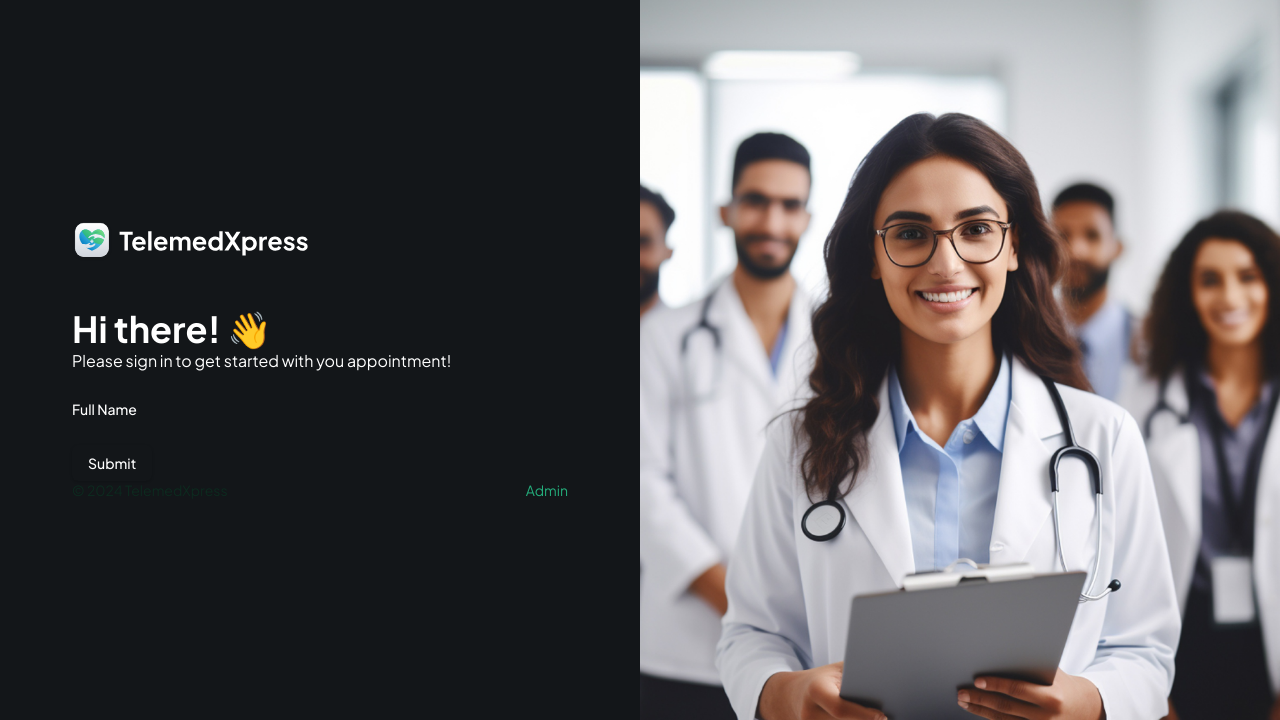
Repository: Carlito-Pedida/telemed
Page: /
The author's editor kept a copy of each file at every save. The page is drawn from the files as they stood at one save, then again after the next save.
The browser window is 1280 px wide. The pictures show the whole page.
The project was rebuilt for these pictures with package versions that can differ from the ones it lists, and the page was loaded fresh each time. The framework's server and built-in components were replaced by stand-ins that run in the browser. Also part of the build but not shown: next.config.mjs.

Above is the page before, as saved 2024-11-04 18:39:28.

### app/layout.tsx
import type { Metadata } from "next";
import { Plus_Jakarta_Sans } from "next/font/google";
import "./globals.css";
import { cn } from "@/lib/utils";
import { ThemeProvider } from "@/components/theme-provider";

const fontSans = Plus_Jakarta_Sans({
  subsets: ["latin"],
  weight: ["300", "400", "500", "600", "700"],
  variable: "--font-sans"
});

export const metadata: Metadata = {
  title: "TelemedXpress",
  description: "An Online Healthcare Resource"
};

export default function RootLayout({
  children
}: Readonly<{
  children: React.ReactNode;
}>) {
  return (
    <html lang="en">
      <body
        className={cn(
          "min-h-screen bg-dark-300 font-sans antialiased",
          fontSans.variable
        )}
      >
        <ThemeProvider
          attribute="class"
          defaultTheme="dark"
          enableSystem
          disableTransitionOnChange
        >
          {children}
        </ThemeProvider>
      </body>
    </html>
  );
}

### app/page.tsx
import PatientForm from "@/components/forms/PatientForm";
import Image from "next/image";
import Link from "next/link";

export default function Home() {
  return (
    <div className="flex h-screen max-h-screen">
      {/* {TODO: OTP Verification | PasskeyModal} */}
      <section className="remove-scrollbar container my-auto">
        <div className="sub-container max-w-[496px]">
          <Image
            src="/assets/icons/logo-full.svg"
            alt="patient"
            width={1000}
            height={1000}
            className="mb-12 h-10 w-fit"
          />

          <PatientForm />

          <div className="text-14-regular mt--20 flex justify-between">
            <p className="justify-items-end text-green-600 xl:text-left">
              © 2024 TelemedXpress
            </p>
            <Link href="/?admin=true" className="text-green-500">
              Admin
            </Link>
          </div>
        </div>
      </section>

      <Image
        src="/assets/images/onboarding-img.png"
        alt="patient"
        width={1000}
        height={1000}
        className="side-img max-w-[50%]"
      />
    </div>
  );
}

### lib/utils.ts
import { type ClassValue, clsx } from "clsx";
import { twMerge } from "tailwind-merge";

export function cn(...inputs: ClassValue[]) {
  return twMerge(clsx(inputs));
}

export const parseStringify = (value: any) => JSON.parse(JSON.stringify(value));

export const convertFileToUrl = (file: File) => URL.createObjectURL(file);

// FORMAT DATE TIME
export const formatDateTime = (dateString: Date | string) => {
  const dateTimeOptions: Intl.DateTimeFormatOptions = {
    // weekday: "short", // abbreviated weekday name (e.g., 'Mon')
    month: "short", // abbreviated month name (e.g., 'Oct')
    day: "numeric", // numeric day of the month (e.g., '25')
    year: "numeric", // numeric year (e.g., '2023')
    hour: "numeric", // numeric hour (e.g., '8')
    minute: "numeric", // numeric minute (e.g., '30')
    hour12: true // use 12-hour clock (true) or 24-hour clock (false)
  };

  const dateDayOptions: Intl.DateTimeFormatOptions = {
    weekday: "short", // abbreviated weekday name (e.g., 'Mon')
    year: "numeric", // numeric year (e.g., '2023')
    month: "2-digit", // abbreviated month name (e.g., 'Oct')
    day: "2-digit" // numeric day of the month (e.g., '25')
  };

  const dateOptions: Intl.DateTimeFormatOptions = {
    month: "short", // abbreviated month name (e.g., 'Oct')
    year: "numeric", // numeric year (e.g., '2023')
    day: "numeric" // numeric day of the month (e.g., '25')
  };

  const timeOptions: Intl.DateTimeFormatOptions = {
    hour: "numeric", // numeric hour (e.g., '8')
    minute: "numeric", // numeric minute (e.g., '30')
    hour12: true // use 12-hour clock (true) or 24-hour clock (false)
  };

  const formattedDateTime: string = new Date(dateString).toLocaleString(
    "en-US",
    dateTimeOptions
  );

  const formattedDateDay: string = new Date(dateString).toLocaleString(
    "en-US",
    dateDayOptions
  );

  const formattedDate: string = new Date(dateString).toLocaleString(
    "en-US",
    dateOptions
  );

  const formattedTime: string = new Date(dateString).toLocaleString(
    "en-US",
    timeOptions
  );

  return {
    dateTime: formattedDateTime,
    dateDay: formattedDateDay,
    dateOnly: formattedDate,
    timeOnly: formattedTime
  };
};

export function encryptKey(passkey: string) {
  return btoa(passkey);
}

export function decryptKey(passkey: string) {
  return atob(passkey);
}

### components/forms/PatientForm.tsx
"use client";

import { zodResolver } from "@hookform/resolvers/zod";
import { useForm } from "react-hook-form";
import { z } from "zod";

import { Button } from "@/components/ui/button";
import { Form } from "@/components/ui/form";
import CustomFormField from "../CustomformField";

export enum FormFieldType {
  INPUT = "input",
  TEXTAREA = "textarea",
  PHONE_INPUT = "phoneInput",
  CHECKBOX = "checkbox",
  DATE_PICKER = "datePicker",
  SELECT = "select",
  SKELETON = "skeleton"
}
const formSchema = z.object({
  username: z.string().min(2).max(50)
});

const PatientForm = () => {
  // 1. Define your form.
  const form = useForm<z.infer<typeof formSchema>>({
    resolver: zodResolver(formSchema),
    defaultValues: {
      username: ""
    }
  });

  // 2. Define a submit handler.
  function onSubmit(values: z.infer<typeof formSchema>) {
    // Do something with the form values.
    // ✅ This will be type-safe and validated.
    console.log(values);
  }
  return (
    <div>
      <Form {...form}>
        <form
          onSubmit={form.handleSubmit(onSubmit)}
          className="space-y-6 flex-1"
        >
          <section>
            <h1 className="header">Hi there! 👋 </h1>
            <p>Please sign in to get started with you appointment!</p>
          </section>

          <CustomFormField
            fieldType={FormFieldType.INPUT}
            control={form.control}
            name="name"
            label="Full Name"
            placeholder="john Doe"
            iconSrc="/assets/icons/user.svg"
            iconAlt="User"
          />

          <Button type="submit">Submit</Button>
        </form>
      </Form>
    </div>
  );
};

export default PatientForm;

### components/ui/button.tsx
import * as React from "react"
import { Slot } from "@radix-ui/react-slot"
import { cva, type VariantProps } from "class-variance-authority"

import { cn } from "@/lib/utils"

const buttonVariants = cva(
  "inline-flex items-center justify-center gap-2 whitespace-nowrap rounded-md text-sm font-medium ring-offset-background transition-colors focus-visible:outline-none focus-visible:ring-2 focus-visible:ring-ring focus-visible:ring-offset-2 disabled:pointer-events-none disabled:opacity-50 [&_svg]:pointer-events-none [&_svg]:size-4 [&_svg]:shrink-0",
  {
    variants: {
      variant: {
        default:
          "bg-primary text-primary-foreground shadow hover:bg-primary/90",
        destructive:
          "bg-destructive text-destructive-foreground shadow-sm hover:bg-destructive/90",
        outline:
          "border border-input bg-background shadow-sm hover:bg-accent hover:text-accent-foreground",
        secondary:
          "bg-secondary text-secondary-foreground shadow-sm hover:bg-secondary/80",
        ghost: "hover:bg-accent hover:text-accent-foreground",
        link: "text-primary underline-offset-4 hover:underline",
      },
      size: {
        default: "h-9 px-4 py-2",
        sm: "h-8 rounded-md px-3 text-xs",
        lg: "h-10 rounded-md px-8",
        icon: "h-9 w-9",
      },
    },
    defaultVariants: {
      variant: "default",
      size: "default",
    },
  }
)

export interface ButtonProps
  extends React.ButtonHTMLAttributes<HTMLButtonElement>,
    VariantProps<typeof buttonVariants> {
  asChild?: boolean
}

const Button = React.forwardRef<HTMLButtonElement, ButtonProps>(
  ({ className, variant, size, asChild = false, ...props }, ref) => {
    const Comp = asChild ? Slot : "button"
    return (
      <Comp
        className={cn(buttonVariants({ variant, size, className }))}
        ref={ref}
        {...props}
      />
    )
  }
)
Button.displayName = "Button"

export { Button, buttonVariants }

### components/ui/form.tsx
"use client"

import * as React from "react"
import * as LabelPrimitive from "@radix-ui/react-label"
import { Slot } from "@radix-ui/react-slot"
import {
  Controller,
  ControllerProps,
  FieldPath,
  FieldValues,
  FormProvider,
  useFormContext,
} from "react-hook-form"

import { cn } from "@/lib/utils"
import { Label } from "@/components/ui/label"

const Form = FormProvider

type FormFieldContextValue<
  TFieldValues extends FieldValues = FieldValues,
  TName extends FieldPath<TFieldValues> = FieldPath<TFieldValues>
> = {
  name: TName
}

const FormFieldContext = React.createContext<FormFieldContextValue>(
  {} as FormFieldContextValue
)

const FormField = <
  TFieldValues extends FieldValues = FieldValues,
  TName extends FieldPath<TFieldValues> = FieldPath<TFieldValues>
>({
  ...props
}: ControllerProps<TFieldValues, TName>) => {
  return (
    <FormFieldContext.Provider value={{ name: props.name }}>
      <Controller {...props} />
    </FormFieldContext.Provider>
  )
}

const useFormField = () => {
  const fieldContext = React.useContext(FormFieldContext)
  const itemContext = React.useContext(FormItemContext)
  const { getFieldState, formState } = useFormContext()

  const fieldState = getFieldState(fieldContext.name, formState)

  if (!fieldContext) {
    throw new Error("useFormField should be used within <FormField>")
  }

  const { id } = itemContext

  return {
    id,
    name: fieldContext.name,
    formItemId: `${id}-form-item`,
    formDescriptionId: `${id}-form-item-description`,
    formMessageId: `${id}-form-item-message`,
    ...fieldState,
  }
}

type FormItemContextValue = {
  id: string
}

const FormItemContext = React.createContext<FormItemContextValue>(
  {} as FormItemContextValue
)

const FormItem = React.forwardRef<
  HTMLDivElement,
  React.HTMLAttributes<HTMLDivElement>
>(({ className, ...props }, ref) => {
  const id = React.useId()

  return (
    <FormItemContext.Provider value={{ id }}>
      <div ref={ref} className={cn("space-y-2", className)} {...props} />
    </FormItemContext.Provider>
  )
})
FormItem.displayName = "FormItem"

const FormLabel = React.forwardRef<
  React.ElementRef<typeof LabelPrimitive.Root>,
  React.ComponentPropsWithoutRef<typeof LabelPrimitive.Root>
>(({ className, ...props }, ref) => {
  const { error, formItemId } = useFormField()

  return (
    <Label
      ref={ref}
      className={cn(error && "text-destructive", className)}
      htmlFor={formItemId}
      {...props}
    />
  )
})
FormLabel.displayName = "FormLabel"

const FormControl = React.forwardRef<
  React.ElementRef<typeof Slot>,
  React.ComponentPropsWithoutRef<typeof Slot>
>(({ ...props }, ref) => {
  const { error, formItemId, formDescriptionId, formMessageId } = useFormField()

  return (
    <Slot
      ref={ref}
      id={formItemId}
      aria-describedby={
        !error
          ? `${formDescriptionId}`
          : `${formDescriptionId} ${formMessageId}`
      }
      aria-invalid={!!error}
      {...props}
    />
  )
})
FormControl.displayName = "FormControl"

const FormDescription = React.forwardRef<
  HTMLParagraphElement,
  React.HTMLAttributes<HTMLParagraphElement>
>(({ className, ...props }, ref) => {
  const { formDescriptionId } = useFormField()

  return (
    <p
      ref={ref}
      id={formDescriptionId}
      className={cn("text-[0.8rem] text-muted-foreground", className)}
      {...props}
    />
  )
})
FormDescription.displayName = "FormDescription"

const FormMessage = React.forwardRef<
  HTMLParagraphElement,
  React.HTMLAttributes<HTMLParagraphElement>
>(({ className, children, ...props }, ref) => {
  const { error, formMessageId } = useFormField()
  const body = error ? String(error?.message) : children

  if (!body) {
    return null
  }

  return (
    <p
      ref={ref}
      id={formMessageId}
      className={cn("text-[0.8rem] font-medium text-destructive", className)}
      {...props}
    >
      {body}
    </p>
  )
})
FormMessage.displayName = "FormMessage"

export {
  useFormField,
  Form,
  FormItem,
  FormLabel,
  FormControl,
  FormDescription,
  FormMessage,
  FormField,
}

### components/CustomformField.tsx
"use client";
import {
  Form,
  FormControl,
  FormDescription,
  FormField,
  FormItem,
  FormLabel,
  FormMessage
} from "@/components/ui/form";
import { Input } from "@/components/ui/input";
import { Control } from "react-hook-form";
import { FormFieldType } from "./forms/PatientForm";

interface CustomProps {
  control: Control<any>;
  fieldType: FormFieldType;
  name: string;
  label?: string;
  placeholder?: string;
  iconSrc?: string;
  iconAlt?: string;
  disabled?: boolean;
  dateFormat?: string;
  showTimeSelect?: boolean;
  children?: React.ReactNode;
  renderSkeleton?: (field: any) => React.ReactNode;
}

const RenderInput = () => {
  return <Input type="text" placeholder="John Doe" />;
};

const CustomFormField = ({ control, fieldType, name, label }: CustomProps) => {
  return (
    <FormField
      control={control}
      name="username"
      render={({ field }) => (
        <FormItem className="flex-1">
          {fieldType !== FormFieldType.CHECKBOX && label && (
            <FormLabel>{label}</FormLabel>
          )}
        </FormItem>
      )}
    />
  );
};

export default CustomFormField;

### components/ui/label.tsx
"use client"

import * as React from "react"
import * as LabelPrimitive from "@radix-ui/react-label"
import { cva, type VariantProps } from "class-variance-authority"

import { cn } from "@/lib/utils"

const labelVariants = cva(
  "text-sm font-medium leading-none peer-disabled:cursor-not-allowed peer-disabled:opacity-70"
)

const Label = React.forwardRef<
  React.ElementRef<typeof LabelPrimitive.Root>,
  React.ComponentPropsWithoutRef<typeof LabelPrimitive.Root> &
    VariantProps<typeof labelVariants>
>(({ className, ...props }, ref) => (
  <LabelPrimitive.Root
    ref={ref}
    className={cn(labelVariants(), className)}
    {...props}
  />
))
Label.displayName = LabelPrimitive.Root.displayName

export { Label }

### tailwind.config.ts
import type { Config } from "tailwindcss";

const { fontFamily } = require("tailwindcss/defaultTheme");

const config = {
  darkMode: ["class"],
  content: [
    "./pages/**/*.{ts,tsx}",
    "./components/**/*.{ts,tsx}",
    "./app/**/*.{ts,tsx}",
    "./src/**/*.{ts,tsx}"
  ],
  prefix: "",
  theme: {
    container: {
      center: true,
      padding: "2rem",
      screens: {
        "2xl": "1400px"
      }
    },
    extend: {
      colors: {
        green: {
          500: "#24AE7C",
          600: "#0D2A1F"
        },
        blue: {
          500: "#79B5EC",
          600: "#152432"
        },
        red: {
          500: "#F37877",
          600: "#3E1716",
          700: "#F24E43"
        },
        light: {
          200: "#E8E9E9"
        },
        dark: {
          200: "#0D0F10",
          300: "#131619",
          400: "#1A1D21",
          500: "#363A3D",
          600: "#76828D",
          700: "#ABB8C4"
        }
      },
      fontFamily: {
        sans: ["var(--font-sans)", ...fontFamily.sans]
      },
      backgroundImage: {
        appointments: "url('/assets/images/appointments-bg.png')",
        pending: "url('/assets/images/pending-bg.png')",
        cancelled: "url('/assets/images/cancelled-bg.png')"
      },
      keyframes: {
        "accordion-down": {
          from: { height: "0" },
          to: { height: "var(--radix-accordion-content-height)" }
        },
        "accordion-up": {
          from: { height: "var(--radix-accordion-content-height)" },
          to: { height: "0" }
        },
        "caret-blink": {
          "0%,70%,100%": { opacity: "1" },
          "20%,50%": { opacity: "0" }
        }
      },
      animation: {
        "accordion-down": "accordion-down 0.2s ease-out",
        "accordion-up": "accordion-up 0.2s ease-out",
        "caret-blink": "caret-blink 1.25s ease-out infinite"
      }
    }
  },
  plugins: [require("tailwindcss-animate")]
} satisfies Config;

export default config;

### components/ui/input.tsx
import * as React from "react"

import { cn } from "@/lib/utils"

export interface InputProps
  extends React.InputHTMLAttributes<HTMLInputElement> {}

const Input = React.forwardRef<HTMLInputElement, InputProps>(
  ({ className, type, ...props }, ref) => {
    return (
      <input
        type={type}
        className={cn(
          "flex h-9 w-full rounded-md border border-input bg-transparent px-3 py-1 text-sm shadow-sm transition-colors file:border-0 file:bg-transparent file:text-sm file:font-medium file:text-foreground placeholder:text-muted-foreground focus-visible:outline-none focus-visible:ring-1 focus-visible:ring-ring disabled:cursor-not-allowed disabled:opacity-50",
          className
        )}
        ref={ref}
        {...props}
      />
    )
  }
)
Input.displayName = "Input"

export { Input }

Loaded but not shown: app/globals.css (common file); components/theme-provider.tsx (common file)

After the next save:
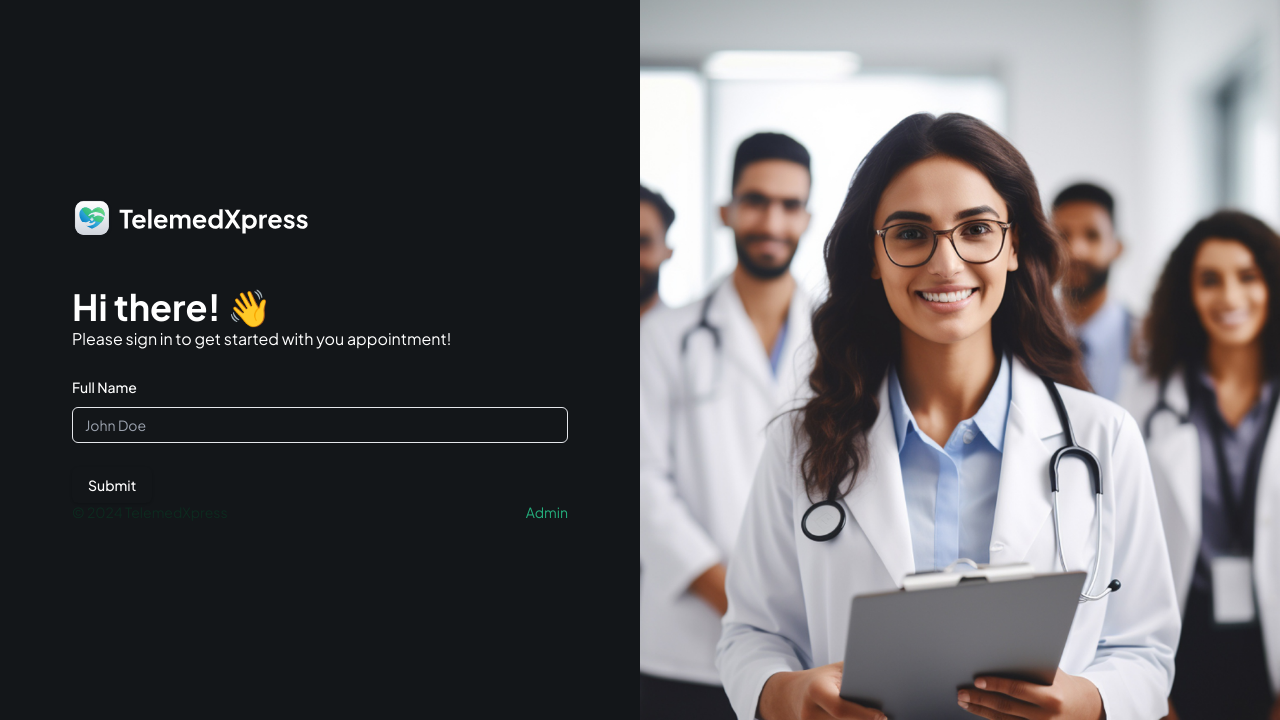
Saved 2 min 7 s later.
--- a/components/CustomformField.tsx
+++ b/components/CustomformField.tsx
@@ -27,11 +27,12 @@ interface CustomProps {
   renderSkeleton?: (field: any) => React.ReactNode;
 }
 
-const RenderInput = () => {
+const RenderField = () => {
   return <Input type="text" placeholder="John Doe" />;
 };
 
-const CustomFormField = ({ control, fieldType, name, label }: CustomProps) => {
+const CustomFormField = (props: CustomProps) => {
+  const { control, fieldType, name, label } = props;
   return (
     <FormField
       control={control}
@@ -41,6 +42,8 @@ const CustomFormField = ({ control, fieldType, name, label }: CustomProps) => {
           {fieldType !== FormFieldType.CHECKBOX && label && (
             <FormLabel>{label}</FormLabel>
           )}
+
+          <RenderField field={field} props={props} />
         </FormItem>
       )}
     />
